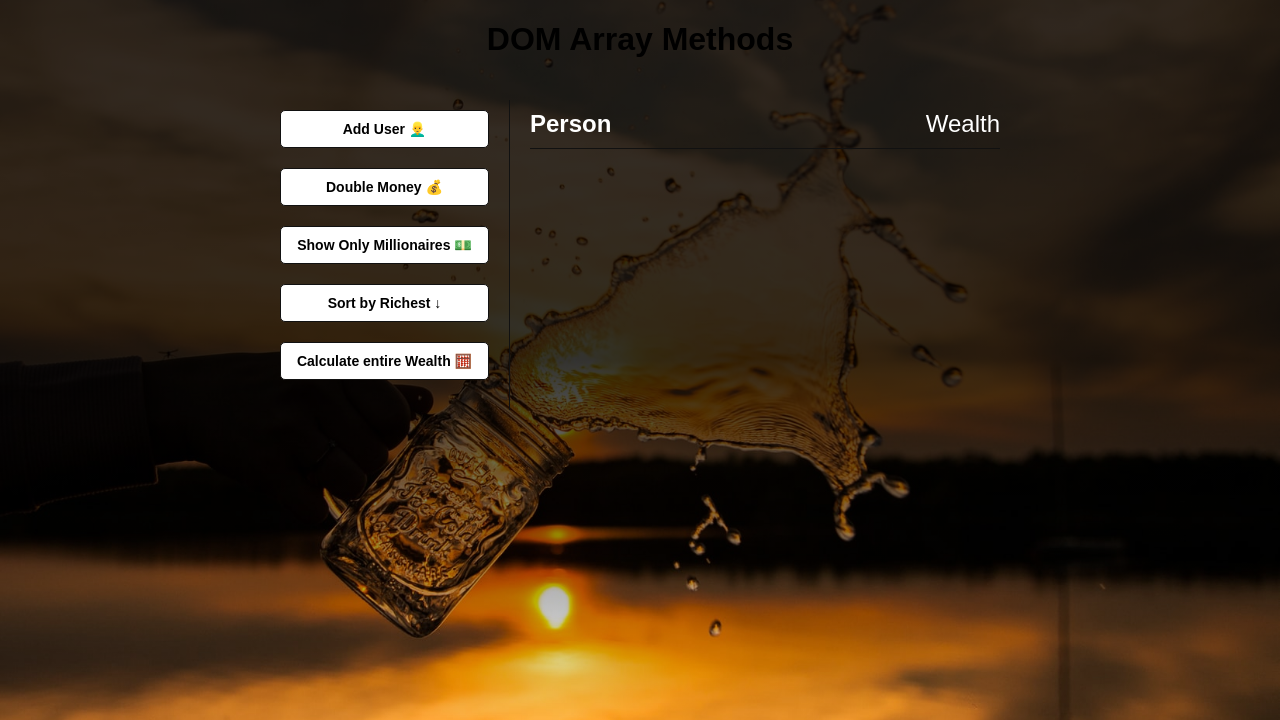
Repository: CAMPSLOPY/RandomUserInfoGenerator
Page: index.html
An editor plug-in stored every save of this project. The page is shown before and after the next save, followed by the edit.
The browser window is 1280 px wide. The pictures show the whole page.
The page's requests for data from a server got no answer.

Above is the page before, as saved 2021-01-20 12:30:26.

After the next save:
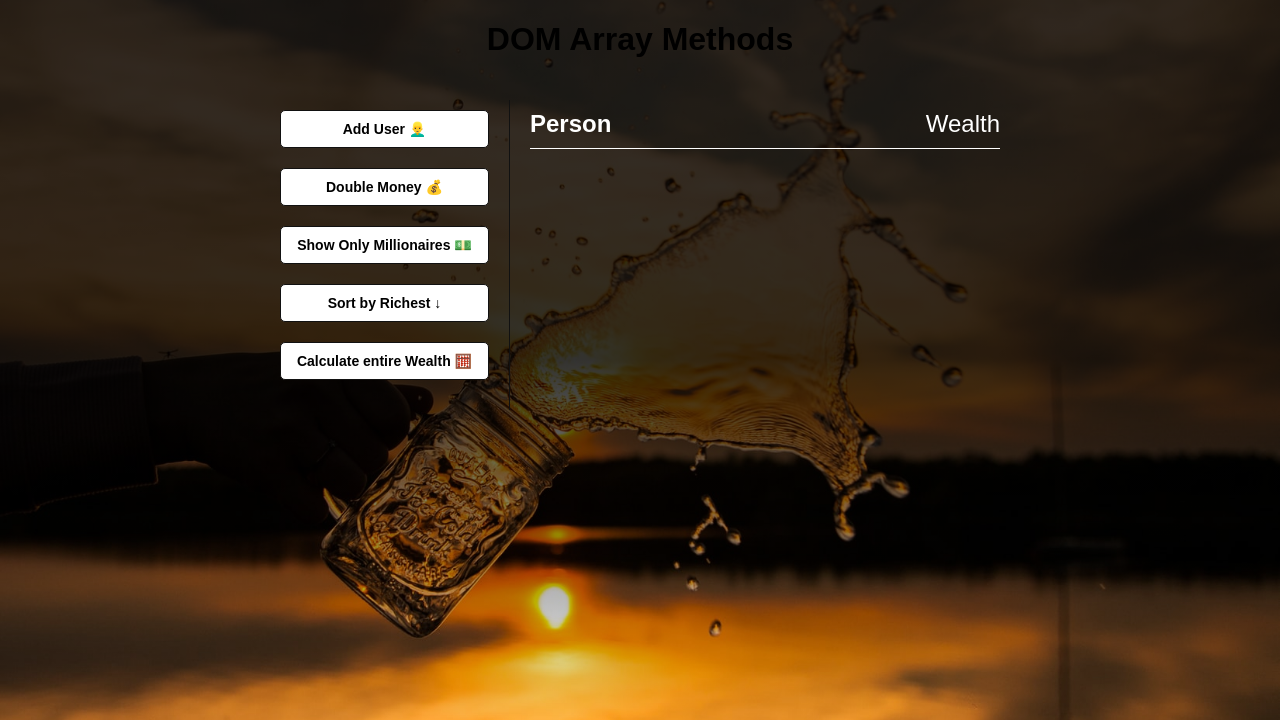
Saved 10 s later.
--- a/styles.css
+++ b/styles.css
@@ -54,7 +54,7 @@ main {
 }
 
 h2 {
-  border-bottom: 1px solid #111;
+  border-bottom: 1px solid #fff;
   padding-bottom: 10px;
   display: flex;
   justify-content: space-between;
